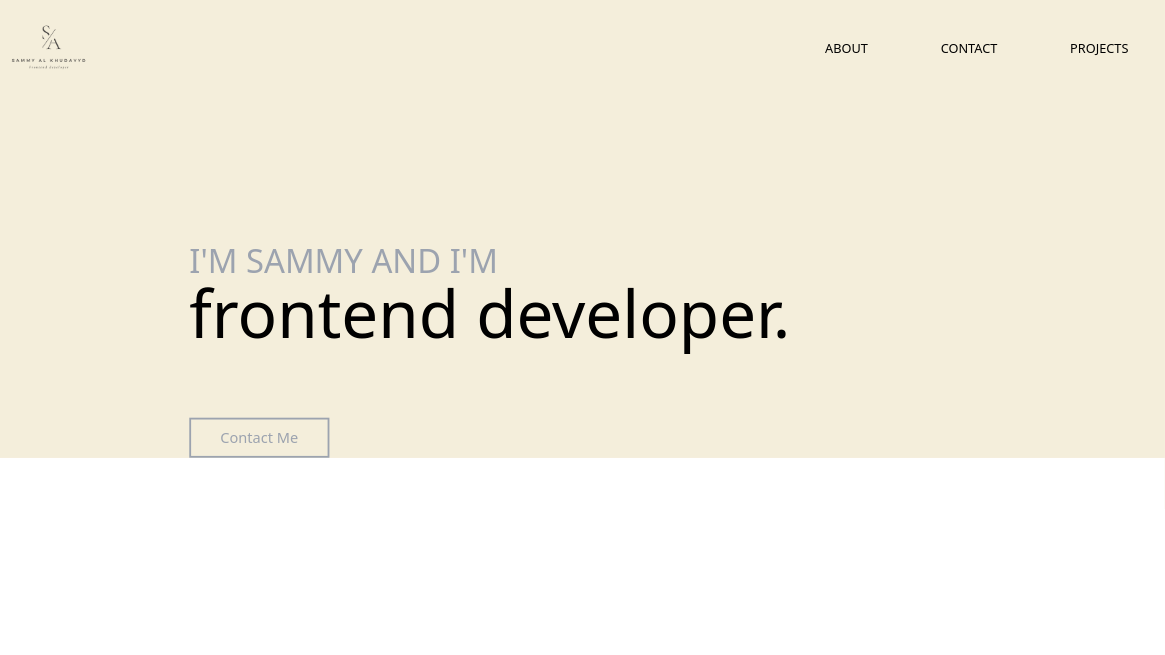
Repository: Al123Kudayyd/myportfolio
Page: /
The author's editor kept a copy of each file at every save. The page is drawn from the files as they stood at one save, then again after the next save.
The browser window is 1280 px wide. The pictures show the whole page, at 91% of full size.
The project was rebuilt for these pictures with package versions that can differ from the ones it lists, and the page was loaded fresh each time.

Above is the page before, as saved 2024-02-20 09:39:20.

### src/App.js
import Main from './components/Main';
import Nav from './components/Nav';
import Model from './components/Model'

function App() {
  return (
    <div className="bg-[#f4eedb] h-screen ">
      <Nav />
      <Main />
      <Model />
    </div>
  );
}

export default App;

### src/components/Main.jsx
import React from 'react'


function Main() {
  return (
    <div className='bg-[#f4eedb] pl-52 pt-40 h-max'>
        <div className=''>
            <h1 className=''><span className='text-gray-400 font-extralight text-4xl'>I'M SAMMY AND I'M</span>
            <br /><span className='text-7xl'>frontend developer.</span></h1>
            <button className='mt-20 border-gray-400 border-2 text-gray-400 py-2 px-8 hover:bg-gray-400 hover:text-[#f4eedb]
            transition-all duration-300'>
                Contact Me</button>
        </div>

    </div>
  )
}

export default Main

### src/components/Nav.jsx
import React from 'react'
import logo from '../assets/logo.png'

function Nav() {
  return (
    <div className='bg-[#f4eedb]'>
        <div className='flex justify-between items-center'>
            <img src={logo} className="w-1/12" />
            <ul className='flex font-extralight text-sm '>
                <li className='px-10 cursor-pointer hover:text-gray-400 transition-all duration-300'>ABOUT</li>
                <li className='px-10 cursor-pointer hover:text-gray-400 transition-all duration-300'>CONTACT</li>
                <li className='px-10 cursor-pointer hover:text-gray-400 transition-all duration-300'>PROJECTS</li>
            </ul>
        </div>

    </div>
  )
}

export default Nav

### src/components/model.js
import React from 'react'

function model() {
  return (
    <div>

    </div>
  )
}

export default model

### tailwind.config.js
/** @type {import('tailwindcss').Config} */
module.exports = {
  content: [
    "./src/components/Nav.{js,jsx,ts,tsx}",
    "./src/components/Main.{js,jsx,ts,tsx}",
    "./src/components/App.{js,jsx,ts,tsx}",
    "./src/components/Model.{js,jsx,ts,tsx}"
  ],
  theme: {
    extend: {},
  },
  plugins: [],
}

Loaded but not shown: public/index.html (common file); src/index.js (common file); src/index.css (common file); src/reportWebVitals.js (common file)

After the next save:
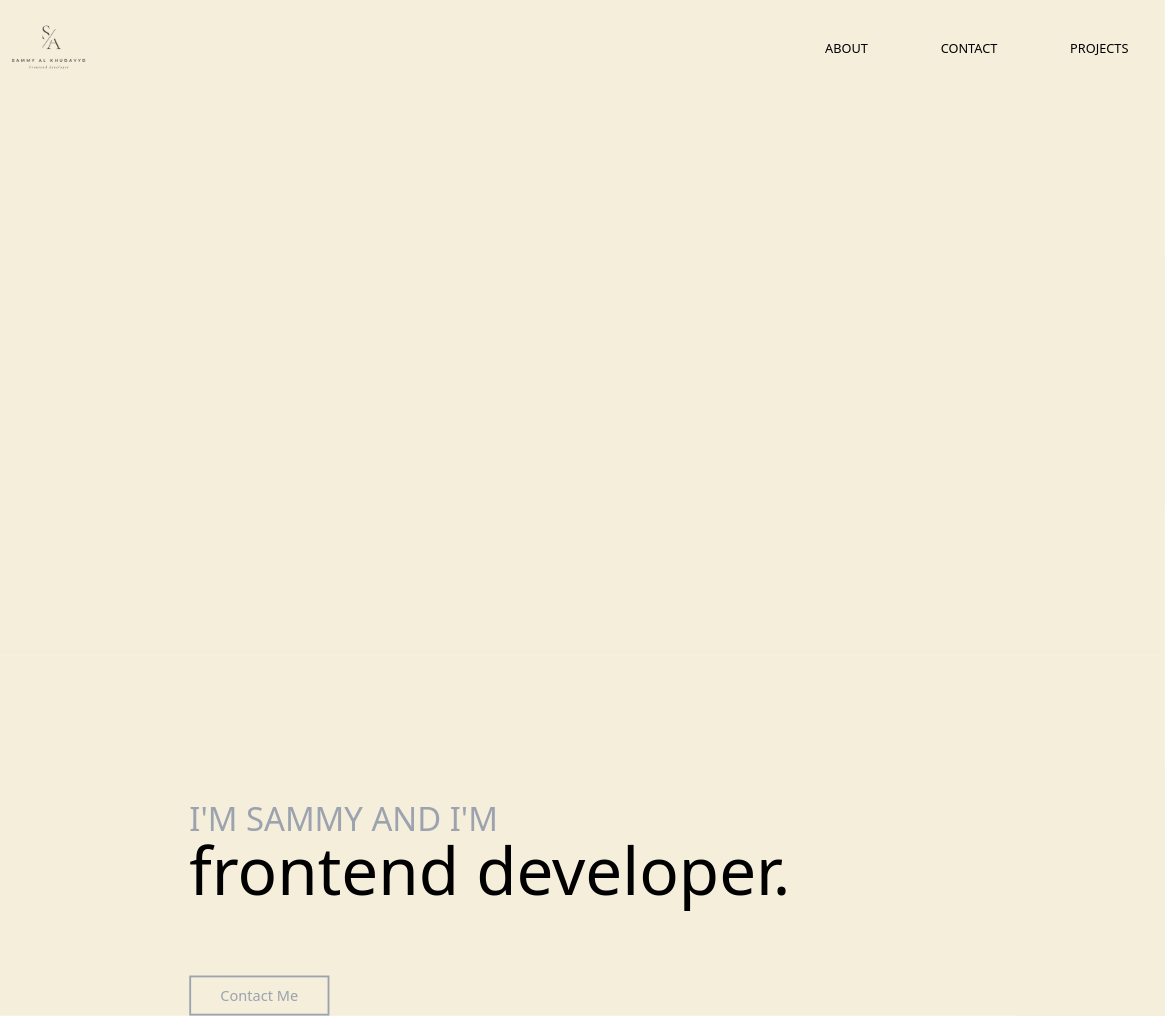
Saved 20 s later.
--- a/src/components/Nav.jsx
+++ b/src/components/Nav.jsx
@@ -3,7 +3,7 @@ import logo from '../assets/logo.png'
 
 function Nav() {
   return (
-    <div className='bg-[#f4eedb]'>
+    <div className='bg-[#f4eedb] h-screen'>
         <div className='flex justify-between items-center'>
             <img src={logo} className="w-1/12" />
             <ul className='flex font-extralight text-sm '>
